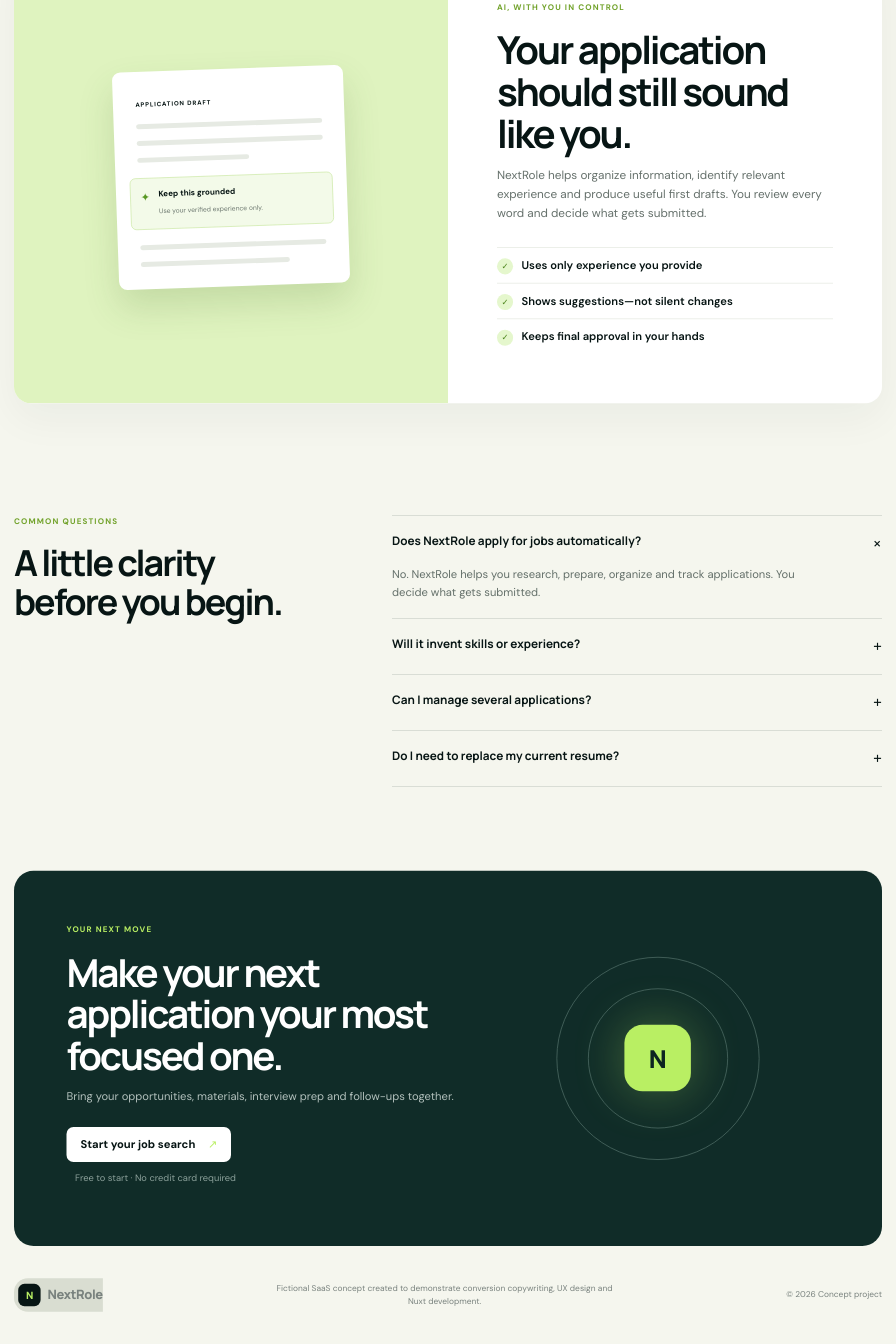
Repository: Lovethrech/NextRole-Nuxt-Portfolio
Page: /
These files come from the project's save history. The page is drawn as it stood at one moment and after a run of saves; the edit follows.
The browser window is 1280 px wide. The pictures show the part of the page from y = 3320 to 5240 px (the page is 5240 px tall), at 70% of full size.
The project was rebuilt for these pictures with package versions that can differ from the ones it lists, and the page was loaded fresh each time. The framework's server and built-in components were replaced by stand-ins that run in the browser. Also part of the build but not shown: nuxt.config.js.

Above is the page before, as saved 2026-09-12 16:36:10.

After the next 2 saves:
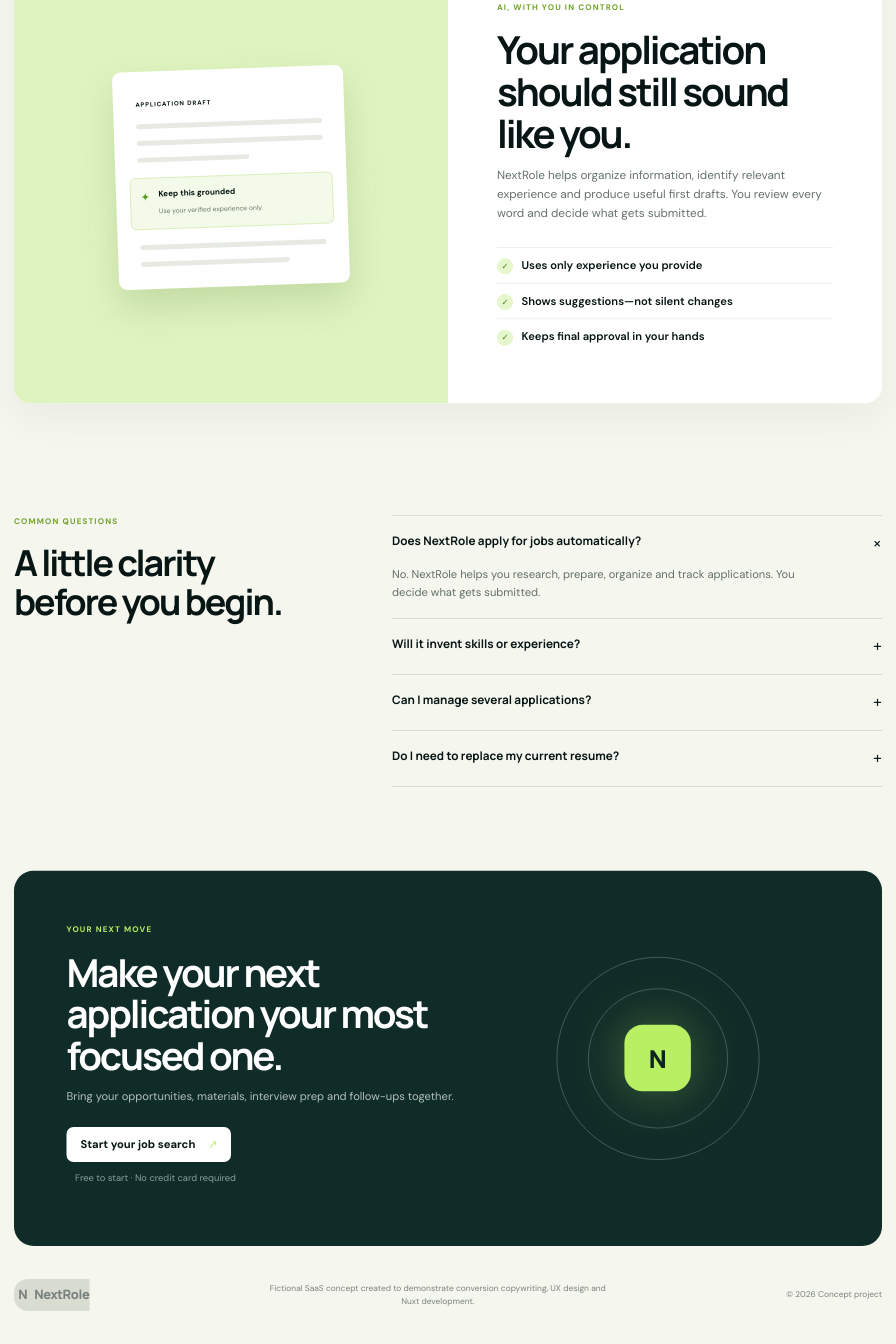
The 2 saves are shown as one change because they came seconds apart.
The last was saved 66 s later.
--- a/assets/css/main.css
+++ b/assets/css/main.css
@@ -83,16 +83,6 @@
     font-size:1.15rem;
     letter-spacing:-.03em;
 }
-.brand-mark{
-    width:32px;
-    height:32px;
-    border-radius:9px;
-    background:var(--ink);
-    color:var(--green);
-    display:grid;
-    place-items:center;
-    font-size:.9rem;
-}
 .nav-links{
     display:flex;
     align-items:center;
